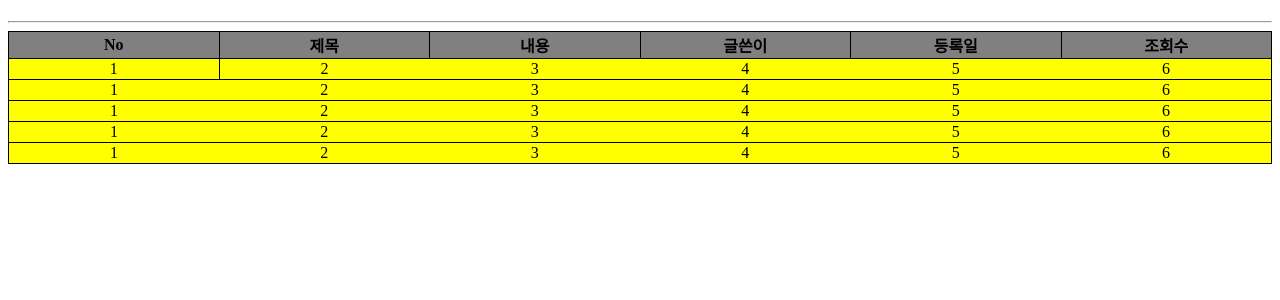
Repository: jeonghyunseok/GMSUI
Page: GMSUI/WebContent/board/board_list.html
These files come from the project's save history. The page is drawn as it stood at one moment and after the next save; the edit follows.
The browser window is 1280 px wide. The pictures show the whole page.

Above is the page before, as saved 2017-07-19 06:51:16.

### GMSUI/WebContent/board/board_list.html
<!DOCTYPE html>
<html>
<head>
<meta charset="UTF-8">
<title>board_list</title>
</head>
<body>
<h1></h1>
<hr />
<table style="width:  100%; border-collapse: collapse;">
	<tr style="background-color: gray">
		<th style="border: 1px solid black;width: 10%;text-align:center;">No</th>
		<th style="border: 1px solid black;width: 10%;text-align:center;">제목</th>
		<th style="border: 1px solid black;width: 10%;text-align:center;">내용</th>
		<th style="border: 1px solid black;width: 10%;text-align:center;">글쓴이</th>
		<th style="border: 1px solid black;width: 10%;text-align:center;">등록일</th>
		<th style="border: 1px solid black;width: 10%;text-align:center;">조회수</th>
	</tr>
	<tr style="border: 1px solid black;width:10%;text-align:center;background-color: yellow">
		<td style="border: 1px solid black;width">1</td>
		<td >2</td>
		<td >3</td>
		<td >4</td>
		<td >5</td>
		<td >6</td>
	</tr>
	<tr style="border: 1px solid black;width: 10%;text-align:center; background-color: yellow">
		<td >1</td>
		<td >2</td>
		<td >3</td>
		<td >4</td>
		<td >5</td>
		<td >6</td>

	</tr>
	<tr style="border: 1px solid black;width: 10%;text-align:center; background-color: yellow">
		<td >1</td>
		<td >2</td>
		<td >3</td>
		<td >4</td>
		<td >5</td>
		<td >6</td>

	</tr>
	<tr style="border: 1px solid black;width: 10%;text-align:center; background-color: yellow">
		<td >1</td>
		<td >2</td>
		<td >3</td>
		<td >4</td>
		<td >5</td>
		<td >6</td>

	</tr>
	<tr style="border: 1px solid black;width: 10%;text-align:center; background-color: yellow">
		<td >1</td>
		<td >2</td>
		<td >3</td>
		<td >4</td>
		<td >5</td>
		<td >6</td>

	</tr>
</table>
</body>
</html>

After the next save:
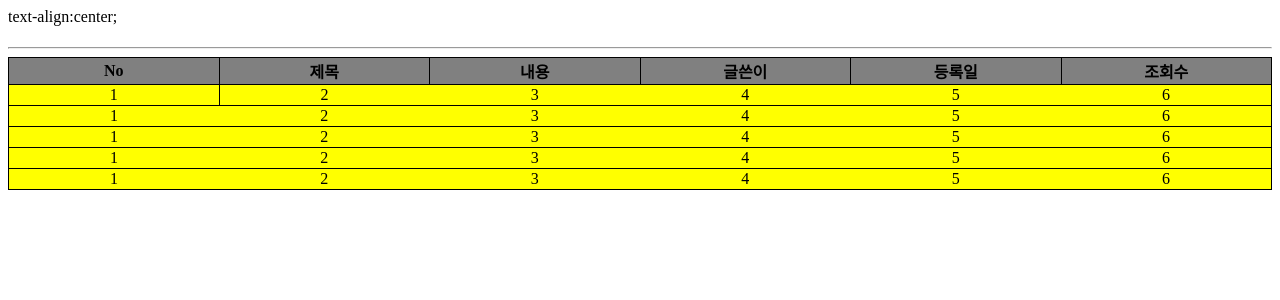
Saved 101 s later.
--- a/GMSUI/WebContent/board/board_list.html
+++ b/GMSUI/WebContent/board/board_list.html
@@ -3,6 +3,7 @@
 <head>
 <meta charset="UTF-8">
 <title>board_list</title>
+<tr>text-align:center;</tr>
 </head>
 <body>
 <h1></h1>
@@ -17,7 +18,7 @@
 		<th style="border: 1px solid black;width: 10%;text-align:center;">조회수</th>
 	</tr>
 	<tr style="border: 1px solid black;width:10%;text-align:center;background-color: yellow">
-		<td style="border: 1px solid black;width">1</td>
+		<td style="border: 1px solid black;">1</td>
 		<td >2</td>
 		<td >3</td>
 		<td >4</td>

After the save that followed:
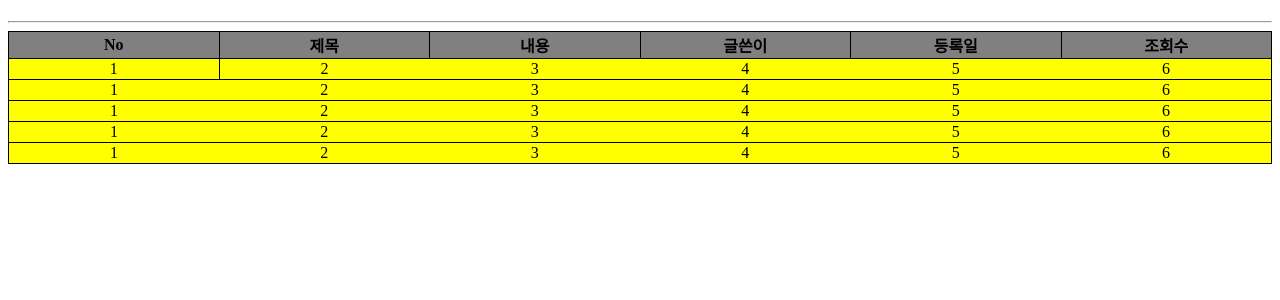
Saved 54 s later.
--- a/GMSUI/WebContent/board/board_list.html
+++ b/GMSUI/WebContent/board/board_list.html
@@ -3,7 +3,7 @@
 <head>
 <meta charset="UTF-8">
 <title>board_list</title>
-<tr>text-align:center;</tr>
+
 </head>
 <body>
 <h1></h1>
